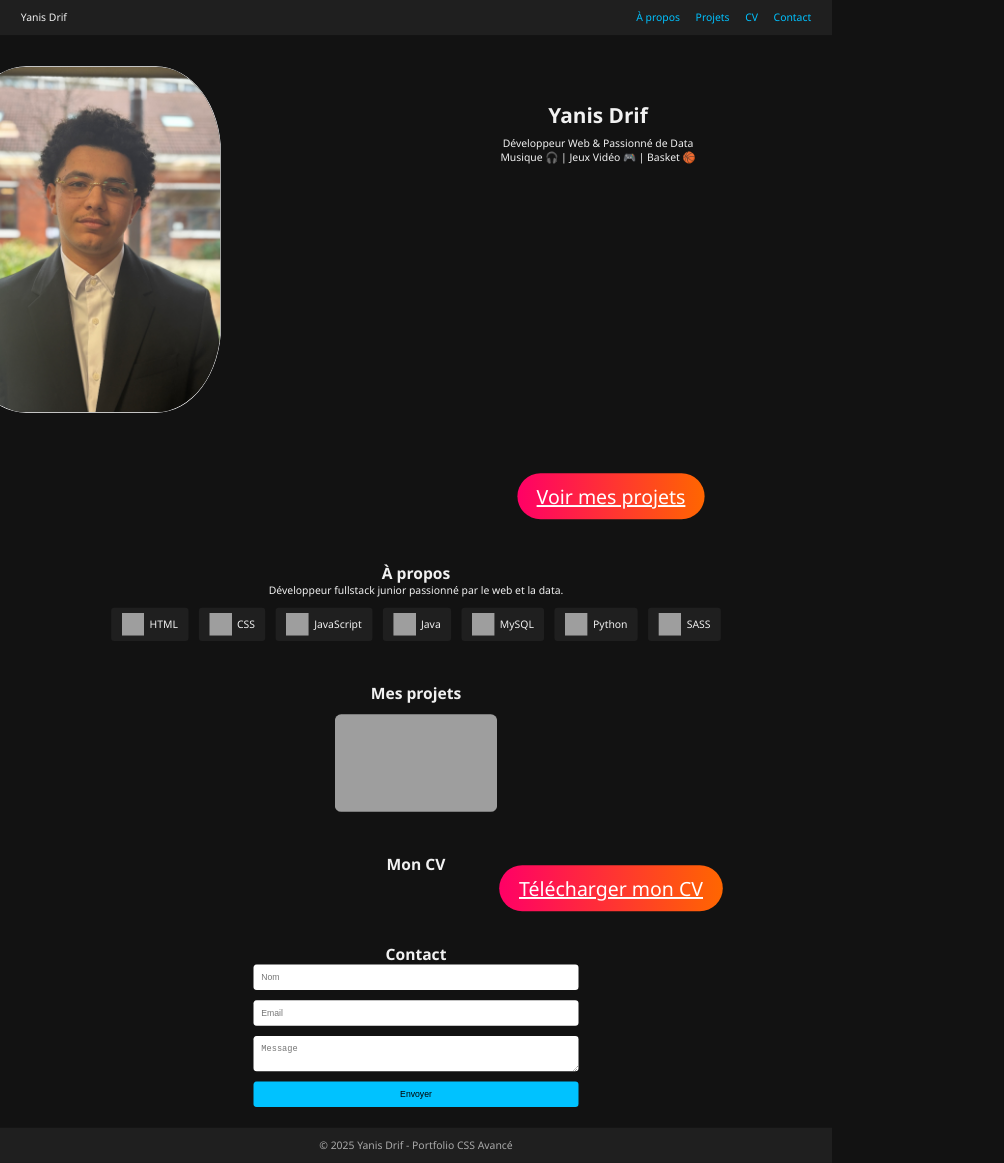
Repository: Yxniiss/ProjetCssAvance
Page: OneDrive/Bureau/Portfolio DrifYanis/home.html
An editor plug-in stored every save of this project. The page is shown before and after the next save, followed by the edit.
The browser window is 1280 px wide. The page is 1544 px wide, so the pictures cover 1544 px, including what lies to the right of the window. The pictures show the whole page, at 65% of full size.
Pictures or frames that could not be fetched are drawn as grey boxes.

Above is the page before, as saved 2025-04-10 10:35:39.
Console error: TypeError: Cannot set properties of null (setting 'textContent')

After the next save:
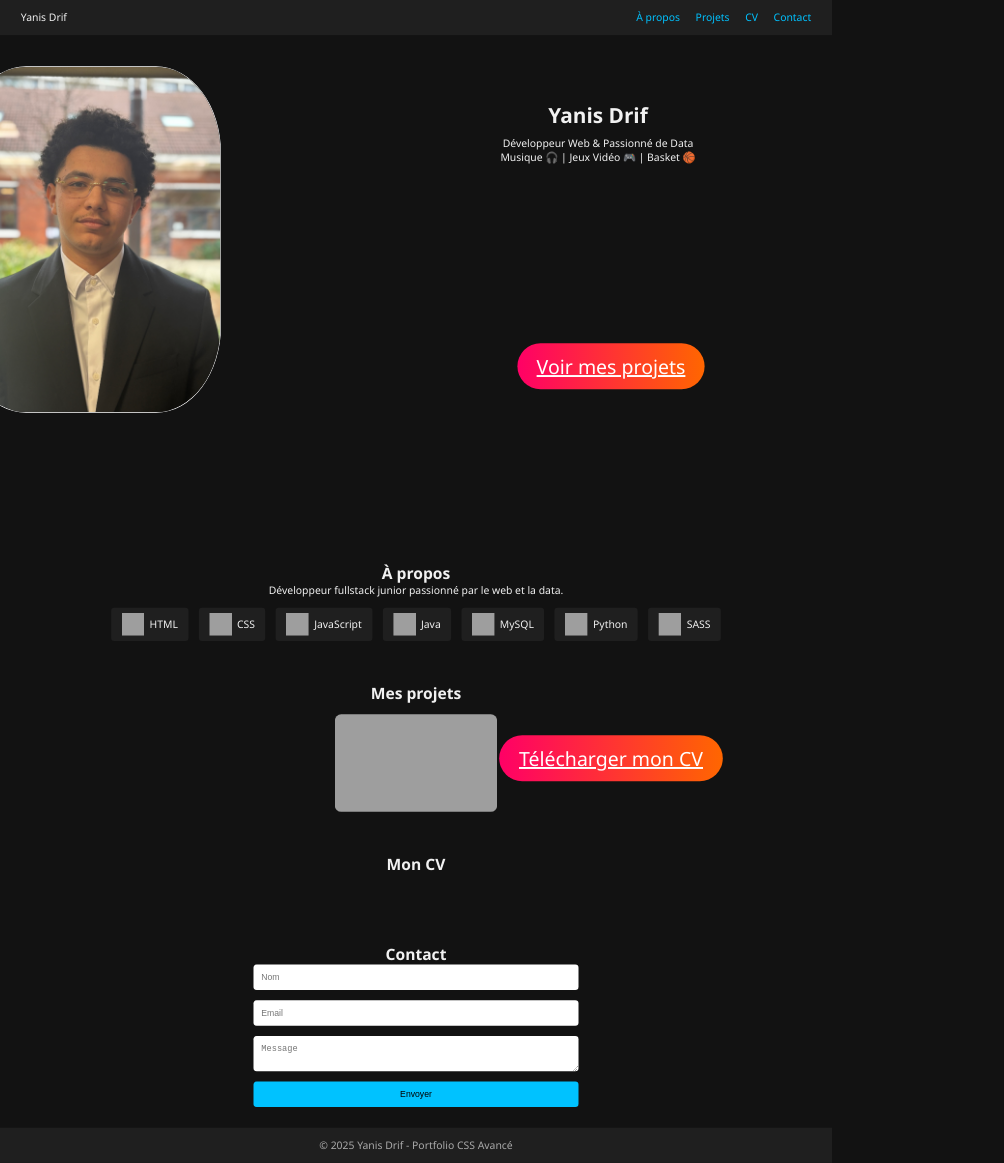
Saved 20 s later.
--- a/OneDrive/Bureau/Portfolio DrifYanis/style.css
+++ b/OneDrive/Bureau/Portfolio DrifYanis/style.css
@@ -116,6 +116,7 @@
     font-size: 30px;
     position: relative;
     left: 300px;
+    bottom:200px;
     color:white;
     background: linear-gradient(90deg, #ff0066, #ff6600);
     border:none;
